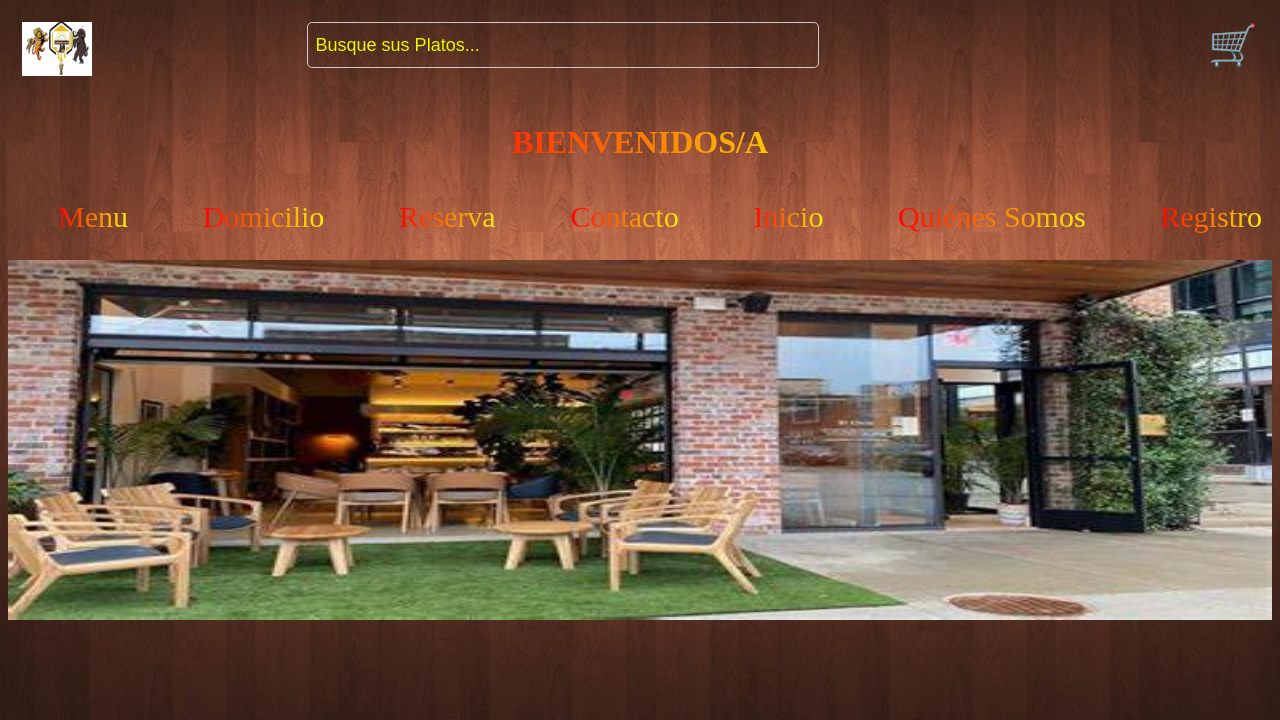
Repository: ye909/app_restaurante
Page: index.html
These files come from the project's save history. The page is drawn as it stood at one moment and after the next save; the edit follows.
The browser window is 1280 px wide. The pictures show the whole page.

Above is the page before, as saved 2025-01-12 01:05:20.
Console error: TypeError: Cannot read properties of null (reading 'addEventListener')

### index.html
<!DOCTYPE html>
<html lang="en">

<head>
  <meta charset="UTF-8">
  <meta name="viewport" content="width=device-width, initial-scale=1.0">
  <title>Document</title>
  <link rel="Icon" href="./public/imagen/letra.ico">
  <link rel="stylesheet" href="/css/menu_principal.css">
  <link rel="stylesheet" href="/css/footer.css">
  <link rel="stylesheet" href="/css/heder.css">
  <link rel="stylesheet" href="/css/modal_card.css">
  <link rel="stylesheet" href="/css/stilo.css">
  <link rel="stylesheet" href="/css/menu_navegacion.css">
  <link rel="stylesheet" href="/css/reservar.css">

</head>

<body>
  <header>
    <div class="container_header_card">
      <div class="imagen"><img src="/public/imagen/login.gif" alt=""></div>

      <input type="text" id="buscar" class="buscar" placeholder="Busque sus Platos...">
      <ul id="productList" class="productList"></ul>

      <div id="cart-btn" class="shopping">🛒</div>

  </header>



  <h1 class="bienvenida" id="bienvenida">BIENVENIDOS/A</h1>
  <nav>
    <ul>
      <li id="menu-btn"><a href="#">Menu</a></li>
      <li><a href="./public" target="_self">Domicilio</a></li>
      <li><a href="./maquetacion/templei/reserva.html" target="_self">Reserva</a></li>
      <li><a href="#contacto">Contacto</a></li>
      <li><a href="./public/templeis/login.html" target="_self">Inicio</a></li>
      <li><a href="#somos">Quiénes Somos</a></li>
      <li><a href="./public/templeis/registro.html" target="_self">Registro</a> </li>
    </ul>
  </nav>
 <img src="./public/imagen/rrstaurante1.jpg" alt="" class="imgRestaurante">

  <main id="menu-view" class="menu-view">
    <div class="filter-buttons">
      <button class="filter" data-region="Todos">Todos</button>
      <button class="filter" data-region="Latinoamérica">Latinoamérica</button>
      <button class="filter" data-region="Centroamérica">Centroamérica</button>
      <button class="filter" data-region="Suramérica">Suramérica</button>
    </div>
    <div id="menu-items" class="menu-items"></div>
    <div>
      <h1>aaas</h1>
    </div>
    <audio id="clickSound" src="./public/audio/mouse_btn3.mp3"></audio>
  </main>

  <!--
  <main id="cart-view" class="cart-view">
    <h2 class="carro">Carrito de Compras</h2>
    <div id="cart-items" class="cart-items"></div>
    <div class="cart-total">
      <p>Total: <span id="cart-total">$0.00</span></p>
      <button id="back-to-menu">Volver al Menú</button>
    </div>
  </main>

  <div class="container_card_persona">

    <article class="container_persona">
      <img src="./public/imagen/mona.jpg" alt=""><br><br>
      <h3>Leidi Lorena Lopez Calzado</h3>
      <p>Soy gerente tecnologico de acesdrack </p>
    </article>

    <article class="container_persona">
      <img src="./public/imagen/afro.jpg" alt=""><br><br>
      <h3>Jose ramirez lopez</h3>
      <p>Soy profecional en derecho social</p>
    </article>


    <article class="container_persona">
      <img src="./public/imagen/indigena.jpg" alt=""><br><br>
      <h3>Ana Maria Pradro Ramirez</h3>
      <p>Soy profecional en derecho social</p>
    </article>

    <article class="container_persona">
      <img src="./public/imagen/mestizo.jpg" alt=""><br><br>
      <h3>Andres Jose morra</h3>
      <p>Soy profecional en derecho social</p>
    </article>


  </div>

  <p class="text_invitacion"> Los envitamos a que descubra una explosión de sabores en cada bocado. <br>
    Tu próxima experiencia gastronómica inolvidable te espera.
  </p>
  <br> <br>

  <div class="quienes_somos" id="somos">
    <h1>Quiénes Somos</h1>
    <p>En <strong>Gostriafromix</strong>, somos un restaurante apasionado por la buena comida y el servicio de calidad.
      <br>
      Fundado con el propósito de ofrecer una experiencia gastronómica única, combinamos ingredientes frescos con
      recetas innovadoras para crear platos que deleitan el paladar. <br>
      Nuestro equipo está compuesto por chefs experimentados y personal dedicado que trabaja día a día para hacer que
      cada visita sea inolvidable.
    </p>
    <p>Nuestro objetivo es brindarte un ambiente acogedor donde puedas disfrutar de momentos especiales, ya sea con
      amigos, familiares o en una ocasión especial. Te invitamos a
      visitarnos y descubrir por qué somos el lugar preferido por los amantes de la buena comida.</p>
  </div>

  <footer>
    <div class="conataine_footer">
      <div>
        <h4>Servicio al ciudadano</h4>
        <p><span>L</span>ínea directa <br> <br> (601) 2773555</p>
        <p id="domicilio"><span>S</span>ervicios ha domicilio<br> <br>328866178 <br><br>Dirreccion calle 12# 43-23 sur
        </p>

      </div>

      <div>
        <h4>Lineas de atencion</h4>
        <p><span>E</span>n Bogotá, <br> desde fijo o celular, al <br><br>
          (601) 307 70 51 <br><br>
          01 8000 930100 <br><br>
          <span>D</span>esde celular marca <br><br>
          #961
        </p>
      </div>
      <div>
        <h4>Redes</h4>
        <div><a href=""><i class="fa-brands fa-facebook"> </i></a> Facebook</div>
        <div><a href=""><i class="fa-brands fa-twitter"></i></a>Twitter</div>
        <div><a href=""><i class="fa-brands fa-linkedin"></i> </a>Linkedin</div>
        <div><a href=""><i class="fa-brands fa-instagram"></i></a> Instagram</div>
      </div>
      <div>
        <h4 id="contacto">Contacto</h4>
        <p><span>D</span>irección Nacional<br><br>
          <span>C</span>arrera 85K No. 46A-66<br><br>
          <span>b</span>ogotá D.C., Colombia<br><br>
          <span>T</span>eléfono administrativo<br><br>
          (60)1 419 3000
        </p>
      </div>

      <div>
        <h4> Canales de atención</h4>
        <p><a href="#">Preguntas frecuentes</p></a><br>
        <p><a href="#">Escríbe tu PQRS</p></a><br>
        <p><a href="#">Nuestras sedes</p></a>
      </div>
    </div>
  </footer>
  <div class="container_final">2024 Bogota Colombia D.C</div> -->


  <script src="./js/script.js"></script>
  <script src="./js/productos.js"></script>
  <script src="./js/dinamico.js"></script>
</body>

</html>

### css/menu_principal.css
:scope{
    padding: 0%;
    margin: 0%;
    overflow: scroll;
}

html {
    scroll-behavior: smooth;
    background-image: url(../public/imagen/janos.jpg);
    background-repeat: no-repeat;
    background-size: cover;
    background-attachment: fixed;
    background-size: 100% 100%;
    height: auto;
  }

/*
  .imgRestaurante {
    width: 100%;
    height: 50vh;
  }

  .container_card_persona {
    display: flex;
    justify-content: space-around;
    align-items: center;
    flex-direction: row;
    flex-wrap: wrap;
    padding: 10px;
  }
  .container_persona {
    width: 10%;
    background: rgba(26, 25, 25, 0.6);
    border-radius: 4px;
    color: white;
    padding: 10px;
    height: auto;
    box-shadow: rgb(8, 8, 8) 1px 2px 2px 2px;
  }
  .container_persona img {
    object-fit: cover;
    width: 100%;
    margin-top: -30px;
    border-radius: 80px;
    box-shadow: rgb(8, 4, 247) 1px 1px 1px;
  }

  h3 {
    text-align: center;
    color: yellow;
  }
  .container_persona p {
    padding: 6px;
    font-size: 18px;
    list-style: 1.4;
  }

  .quienes-somos {
    width: 100%;
    text-align: center;
    background: rgba(232, 232, 157, 0.4);
  }
  .quienes-somos p {
    font-size: 30px;
    line-height: 1.4;
  }

  .text_invitacion {
    font-size: 25px;
    line-height: 1.4;
    width: 99%;
    text-align: center;
    background: rgba(232, 232, 157, 0.2);
  }
   */

### css/footer.css
.conataine_footer {
  display: flex;
  justify-content: space-between;
  flex-direction: row;
  flex-wrap: wrap;
  margin: 10px;
}

p {

  padding: 5px;
  font-size: 20px;
  font-weight: bold;
}
span {
  font-size: 25px;
}
.quienes_somos {
  background:rgba(161, 161, 59, 0.5);
}
.quienes_somos p{
  text-align: center;
font-size: 25px;
}
:is(.container_final) {
  display: flex;
  justify-content: center;
  align-items: center;
}

h4 {
  color: blue;
  font-size: 30px;
}
:is(.container_final, h4, i) {
  padding: 10px;
}
.container_final {
  background: rgba(12, 12, 12, 0.2);
  color: white;
}
.fa-facebook {
  color: rgb(5, 5, 253);
}
.fa-twitter {
  color: rgb(8, 123, 245);
}
.fa-linkedin {
  color: rgb(71, 71, 155);
}
.fa-instagram {
  color: rgb(243, 17, 17);
}
a {
  cursor: pointer;

}
footer a {
  font-size: 20px;
  color: white;
}
footer {
  background: rgba(10, 10, 10, 0.6);
  color: white;
}

### css/heder.css
.container_header_card{
    display: flex;
    justify-content: space-between;
    justify-items: center;
    flex-direction: row;
    flex-wrap: wrap;
    padding: 14px;
    }

 .productList {
     list-style-type: none;
     padding: 0;
 }

 .productList li {
     padding: 10px;
     border-bottom: 1px solid #ccc;
 }

 .productList li:last-child {
     border-bottom: none;
 }

  .container_header_card img{
    width: 70px;
}
  .shopping{
    font-size: 40px;
cursor: pointer;
}
.buscar::placeholder{
    color:rgb(232, 248, 3);
    font-size: 18px;
}

.buscar {
    width: 40%;
    height: 3.9vh;
    background:transparent;
    color:white;
    font-size: 18px;
    border-radius: 5px;
    margin-left: 20px;
}
:is(.bienvenida,
 .buscar){
     padding: 8px;
 }
 .bienvenida{
    background-image:linear-gradient(to left, rgb(4, 151, 4), rgb(248, 244, 7),  red,rgb(14, 14, 240));
    -webkit-text-fill-color:transparent;
    -webkit-background-clip: text;
    background-clip: text;
    text-align: center;


}

### css/modal_card.css
t-items{
     display: none;
}
.card {
  width: 15%;
  height: 20vh;
  padding: 10px;
  background: rgba(0, 0, 0, 0.4);
  border-radius: 10px;
}
h1{
  text-align: center;
  padding: 10px;

}
.carro{
  color:yellow;
}
.card img {
  width: 100%;
  height: 150px;
  object-fit: cover;
  border-radius: 5px;
}
.cart-view,.menu-view{
  display: none;
}
.card button {
  margin-top: 10px;
  background-color: #007bff;
  color: white;
  border: none;
  padding: 10px;
  border-radius: 5px;
  cursor: pointer;
}

.card button:hover {
  background-color: #0056b3;
}

.cart-total {
  text-align: right;
  margin: 20px;
}


.cart-total{
  font-size: 20px;
  color:blue;
}
button {
  width: 270px;
  padding: 10px;

  margin: 10px;
  transition: background-color 0.3s ease, transform 0.2s ease;
  border-radius: 20px ;
  background: rgba(247, 247, 248, 0.568) ;
  color: blue;
  font-size: 20px;
}
button:hover {
  border: none;
  background: #0606f8fd;
  color: black;
  box-shadow: rgb(7, 71, 236) 2px 2px 2px, rgb(7, 71, 236) 2px 2px 2px,
    rgb(7, 71, 236) 2px 2px 2px, rgb(7, 71, 236) 2px 2px 2px;
}

### css/stilo.css


/*

    .filter-buttons {
      margin: 20px;
      text-align: center;
    }

    .filter {
      margin: 5px;
      padding: 10px 15px;
      background-color: #007bff;
      color: white;
      border: none;
      cursor: pointer;
      border-radius: 5px;
    }

    .filter:hover {
      background-color: #0056b3;
    }
    .menu-items,.cart-view{
      display: flex;
      justify-content: space-between;
      justify-content: center;
      flex-direction: row;
      flex-wrap: wrap;
      gap: 20px;
    }
     */

### css/menu_navegacion.css


ul{
display: flex;
justify-content: space-between;
text-align: center;
flex-direction: row;
flex-wrap: wrap;
}
li{
    font-size: 30px;
    list-style: none;
margin: 10px;

}
.imgRestaurante {
    width: 100%;
    height: 50vh;

  }
a{

    list-style: none;
    text-decoration: none;
    color: blue;
}
li:hover{
    transition: 1s ease , transform 1s ease;
    border-bottom: 2px solid yellow;


}
nav a{
    background-image:linear-gradient(to left, rgb(248, 244, 7),  red);
    -webkit-text-fill-color:transparent;
    -webkit-background-clip: text;
    background-clip: text;
    text-align: center;
}

### css/reservar.css

html {
    scroll-behavior: smooth;
    background-image: url(../public/imagen/fondo_card.jpg);
    background-repeat: no-repeat;
    background-size: cover;
    background-attachment: fixed;
    background-size: 100% 100%;
    height: auto;
  }
.container {
    max-width: 450px;
    margin: 100px 700px;
    background:rgba(14, 13, 13,0.3);
    box-shadow: rgb(7, 71, 236)  1px 1px 1px 2px,rgb(7, 71, 236) 1px  1px 1px 2px;
    padding: 20px;
    border-radius: 8px;

}
.form{
  padding: 10px;
  margin-left: 30px;
}
.title {
    text-align: center;
    font-size: 30px;
    margin-bottom: 20px;
  }

  .form-group {
    margin-bottom: 15px;
  }


  label {
    display: block;
    margin-bottom: 5px;
    font-weight: bold;
    font-size: 25px;
  }
  ::placeholder{
    font-size: 20px;
  }
  input:focus{

  outline: 1px solid #007BFF;
  background:transparent;
  color:white;
  }
  input, textarea {
    width: 80%;
    padding: 10px;
    border: 1px solid #ccc;
    border-radius: 4px;
  }
  #hora{
    width: 60%;
  }

  .inline-group {
    display: flex;
    gap: 15px;
  }

  .inline-group > div {
    flex: 1;
  }

  textarea {
    resize: vertical;
  }

.submit-button {
  width: 86%;
  padding: 10px;
  background-color: #007BFF;
  color: white;
  border: none;
  border-radius: 4px;
  font-size: 16px;
  cursor: pointer;
}

.submit-button:hover {
  background-color: #0056b3;
}

/*crear la animacion donde el mensaje salga de ariba asta el centro de la panta */

.container_modal_reserva{
  transition: 2s;
  max-width: 450px;
  margin: 100px 700px;
  background:rgba(14, 13, 13,0.3);
  box-shadow: rgb(7, 71, 236)  1px 1px 1px 2px,rgb(7, 71, 236) 1px  1px 1px 2px;
  padding: 20px;
  border-radius: 8px;
 opacity: 0;

}
h1 {
  color: #007bff;
  text-align: center;
}
p {
  line-height: 1.4;
  font-size: 24px;
}
.mensaje{
  text-align: center;
  font-weight: bolder;
}
.validar_nombre{
    font-size: 30px;
    color: white;
}

### js/script.js

  let cart = [];
  let selectedRegion = "Todos";

  const menuView = document.getElementById("menu-view");
  const cartView = document.getElementById("cart-view");
  const menuItemsContainer = document.getElementById("menu-items");
  const cartItemsContainer = document.getElementById("cart-items");
  const cartTotal = document.getElementById("cart-total");

  document.querySelectorAll(".filter").forEach(button => {
    button.addEventListener("click", () => {
      selectedRegion = button.getAttribute("data-region");
      renderMenu();
    });
  });

  document.getElementById("menu-btn").addEventListener("click", () => {
    menuView.style.display = "block";
    cartView.style.display = "none";
  });

  document.getElementById("cart-btn").addEventListener("click", () => {
    menuView.style.display = "none";
    cartView.style.display = "block";
    renderCart();
  });

  document.getElementById("back-to-menu").addEventListener("click", () => {
    menuView.style.display = "block";
    cartView.style.display = "none";
  });

  function renderMenu() {
    menuItemsContainer.innerHTML = "";
    const filteredItems = selectedRegion === "Todos" ? menuItems : menuItems.filter(item => item.region === selectedRegion);
    filteredItems.forEach(item => {
      const card = document.createElement("div");
      card.className = "card";
      card.innerHTML = `
        <img src="${item.image}" alt="${item.name}">
        <h3>${item.name}</h3>
        <p>${item.description}</p>
        <p><strong>$${item.price.toFixed(2)}</strong></p>
        <button onclick="addToCart(${item.id})">Agregar</button>
      `;
      menuItemsContainer.appendChild(card);
    });
  }

  function renderCart() {
    cartItemsContainer.innerHTML = "";
    cart.forEach(item => {
      const cartItem = document.createElement("div");
      cartItem.className = "card";
      cartItem.innerHTML = `
        <h3>${item.name}</h3>
        <p>Cantidad: ${item.quantity}</p>
        <p><strong>$${(item.price * item.quantity).toFixed(2)}</strong></p>
      `;
      cartItemsContainer.appendChild(cartItem);
    });
    const total = cart.reduce((sum, item) => sum + item.price * item.quantity, 0);
    cartTotal.textContent = `$${total.toFixed(2)}`;
  }

  function addToCart(id) {
    const item = menuItems.find(item => item.id === id);
    const cartItem = cart.find(item => item.id === id);
    if (cartItem) {
      cartItem.quantity++;
    } else {
      cart.push({ ...item, quantity: 1 });
    }
  }

  renderMenu();

### js/productos.js
const menuItems = [
  { id: 1, name: "Tacos al Pastor", description: "Delicious tacos", price: 12.99, image: "https://via.placeholder.com/150", region: "Latinoamérica" },
  { id: 2, name: "Pupusas", description: "Thick griddle cakes", price: 9.99, image: "https://via.placeholder.com/150", region: "Centroamérica" },
  { id: 3, name: "Ceviche", description: "Fresh seafood", price: 15.99, image: "https://via.placeholder.com/150", region: "Suramérica" },
];


// const menuItems = [

//     {
//       id:1,
//       nombre: "Bebida caliente",
//       img: "./public/imagen/bebidas_calientes1.PNG",
//       precio: 20000,
//       descripcion1: "hecho en los mejores lugares de paris",
//       cantidad: 1,
//     },

//     {
//       id:4,
//     precio:10000,
//     nombre:"carne",
//     img:"./public/imagen/mexica1.jpg",
//       descripcion:"Los tacos son uno de los mida "
//     , descripcion1:"tanos"
//     },
//     {
//       id:5,
//       precio:100,
//       nombre:"Sancocho",
//       img:"./public/imagen/sancocho.webp",
//         descripcion:"ya no kkkkk",
//          descripcion1:"plato de casula"
//     },
//     {
//       id:6,
//       precio:30000,
//     nombre:"Lechona",
//     img:"./public/imagen/mexica2.jpg",
//       descripcion:"La lechona es un plato típico de la "
//      ,descripcion1:"plátanos rellenos"
//     },
//     {
//       id:7,
//     precio:90000,
//     nombre:"Postre",
//     img:"./public/imagen/postre2.PNG",
//       descripcion:"ya nhhjshhshao ",
//        descripcion1:"Sabor y dulsura en el plato"
//     },
//     {
//       id:8,
//     precio:10000,
//     nombre:"Coltel",
//     img:"./public/imagen/coltel.webp",
//       descripcion:"Los tacos son uno de comida "
//     , descripcion1:"tanos"
//     },

//     {
//       id:10,
//       precio:30000,
//     nombre:"Cerveza",
//     img:"./public/imagen/cervezas.webp",
//       descripcion:"La lechona es un conoce como "
//      ,descripcion1:"plátanos rellenos"
//     },
//     {
//       id:9,
//       precio:100,
//       nombre:"plátanos rellenos",
//       img:"./public/imagen/platano.PNG",
//         descripcion:"ya no kkkkk",
//          descripcion1:"Rellenos de bocadillo y queso"
//     },
//     {
//       id:10,
//       precio:30000,
//     nombre:"Jugos",
//     img:"./public/imagen/JUGOS_NATURALES.jpg",
//       descripcion:"La lechona es unente se conoce como "
//      ,descripcion1:"plátanos rellenos"
//     },
//     {
//       id:11,
//     precio:90000,
//     nombre:"Arrozanas",
//     img:"./public/imagen/mexico6.jpg",
//       descripcion:"ya nhhjshhshao ",
//        descripcion1:"plátanos rellenos"
//     },
//     {
//     id:11,
//     precio:90000,
//     nombre:"Licor",
//     img:"./public/imagen/licores.webp",
//       descripcion:"ya nhhjshhshao ",
//        descripcion1:"plátanos rellenos"
//     }
//     //    contenido:"ya no"
//   ];

### js/dinamico.js


const menuview = document.getElementById("menu-view")
const menu_principal=document.getElementById("menu_principal").addEventListener("click",ver_menu)

// texto de bienvenida

setTimeout(()=>{
    const bienvenida = document.getElementById("bienvenida").remove()
    bienvenida.style.transition=" background-color 0.3s ease, transform 0.7s ease; "
},3000)


// audio de los botones
const playSound = function () {
    var audio = document.getElementById("clickSound");
    audio.play();
  }





// // Ejemplo de notificación (opcional)
// document.getElementById('btnboton_agregar').addEventListener('click', () => {
//     if (Notification.permission === 'granted') {
//         new Notification('¡Hola desde tu PWA!');
//     } else if (Notification.permission !== 'denied') {
//         Notification.requestPermission().then((permission) => {
//             if (permission === 'granted') {
//                 new Notification('¡Hola desde tu PWA!');
//             }
//         });
//     }
// });

After the next save:
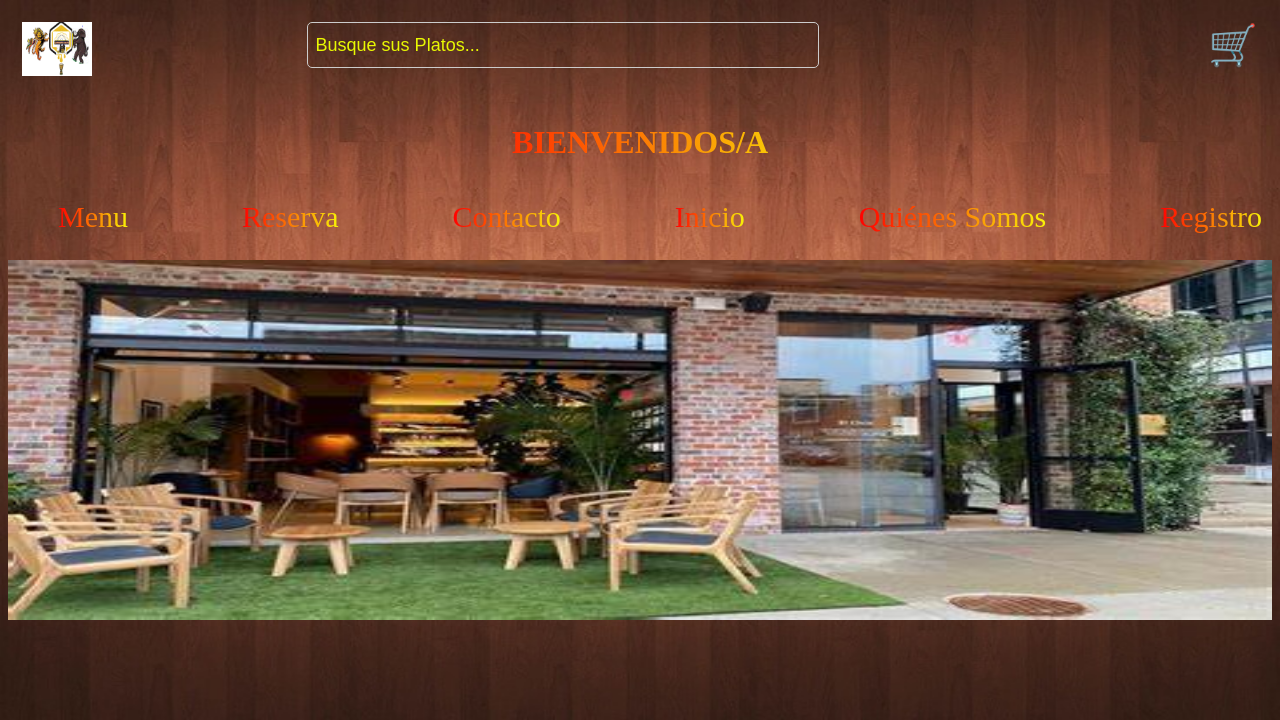
Console error: ReferenceError: menuItems is not defined
Saved 5 min 48 s later.
--- a/index.html
+++ b/index.html
@@ -34,7 +34,7 @@
   <nav>
     <ul>
       <li id="menu-btn"><a href="#">Menu</a></li>
-      <li><a href="./public" target="_self">Domicilio</a></li>
+
       <li><a href="./maquetacion/templei/reserva.html" target="_self">Reserva</a></li>
       <li><a href="#contacto">Contacto</a></li>
       <li><a href="./public/templeis/login.html" target="_self">Inicio</a></li>
@@ -58,16 +58,17 @@
     <audio id="clickSound" src="./public/audio/mouse_btn3.mp3"></audio>
   </main>
 
-  <!--
+
   <main id="cart-view" class="cart-view">
     <h2 class="carro">Carrito de Compras</h2>
     <div id="cart-items" class="cart-items"></div>
     <div class="cart-total">
       <p>Total: <span id="cart-total">$0.00</span></p>
       <button id="back-to-menu">Volver al Menú</button>
+      <a href="./public" target="_self">Domicilio</a>
     </div>
   </main>
-
+ <!--
   <div class="container_card_persona">
 
     <article class="container_persona">
